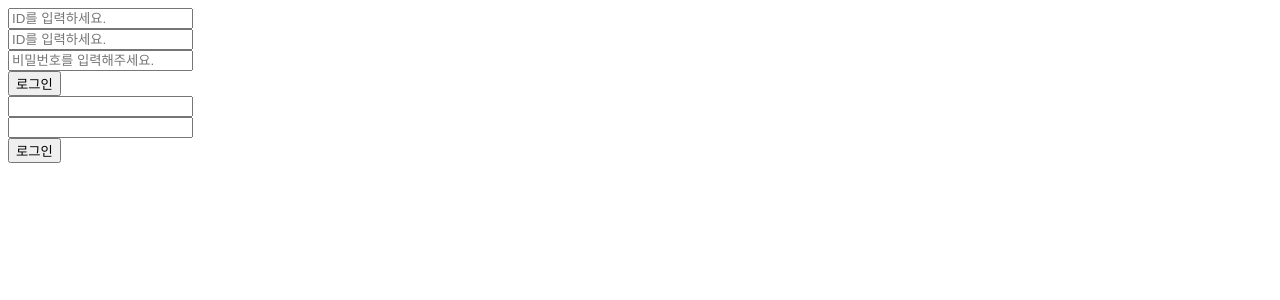
Repository: woneeseo/javastudy
Page: htmlStudy/workspace_html/HelloWorld/WebContent/c.html
These files come from the project's save history. The page is drawn as it stood at one moment and after the next save; the edit follows.
The browser window is 1280 px wide. The pictures show the whole page.

Above is the page before, as saved 2020-12-04 06:12:19.

### htmlStudy/workspace_html/HelloWorld/WebContent/c.html
<!DOCTYPE html>
<html>
<head>
<meta charset="UTF-8">
<title>Insert title here</title>
</head>
<body>

<input placeholder="ID를 입력하세요.">


<br>

<form action="b.html">

	<input name="id" placeholder="ID를 입력하세요.">
	<br>
	<input name="pw" placeholder="비밀번호를 입력해주세요.">
	<br>
	<input type="submit" value="로그인">

</form>

<form action="">

	<input name="id">
	<br>
	<input name="pw">
	<br>
	<input type="submit" value="로그인">

</form>

</body>
</html>

After the next save:
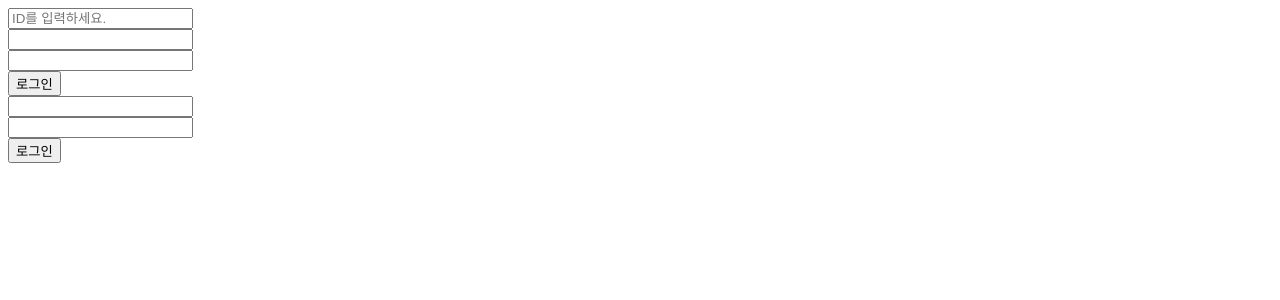
Saved 63 s later.
--- a/htmlStudy/workspace_html/HelloWorld/WebContent/c.html
+++ b/htmlStudy/workspace_html/HelloWorld/WebContent/c.html
@@ -13,15 +13,15 @@
 
 <form action="b.html">
 
-	<input name="id" placeholder="ID를 입력하세요.">
+	<input name="id">
 	<br>
-	<input name="pw" placeholder="비밀번호를 입력해주세요.">
+	<input name="pw">
 	<br>
 	<input type="submit" value="로그인">
 
 </form>
 
-<form action="">
+<form action="b.html" method="post">
 
 	<input name="id">
 	<br>
